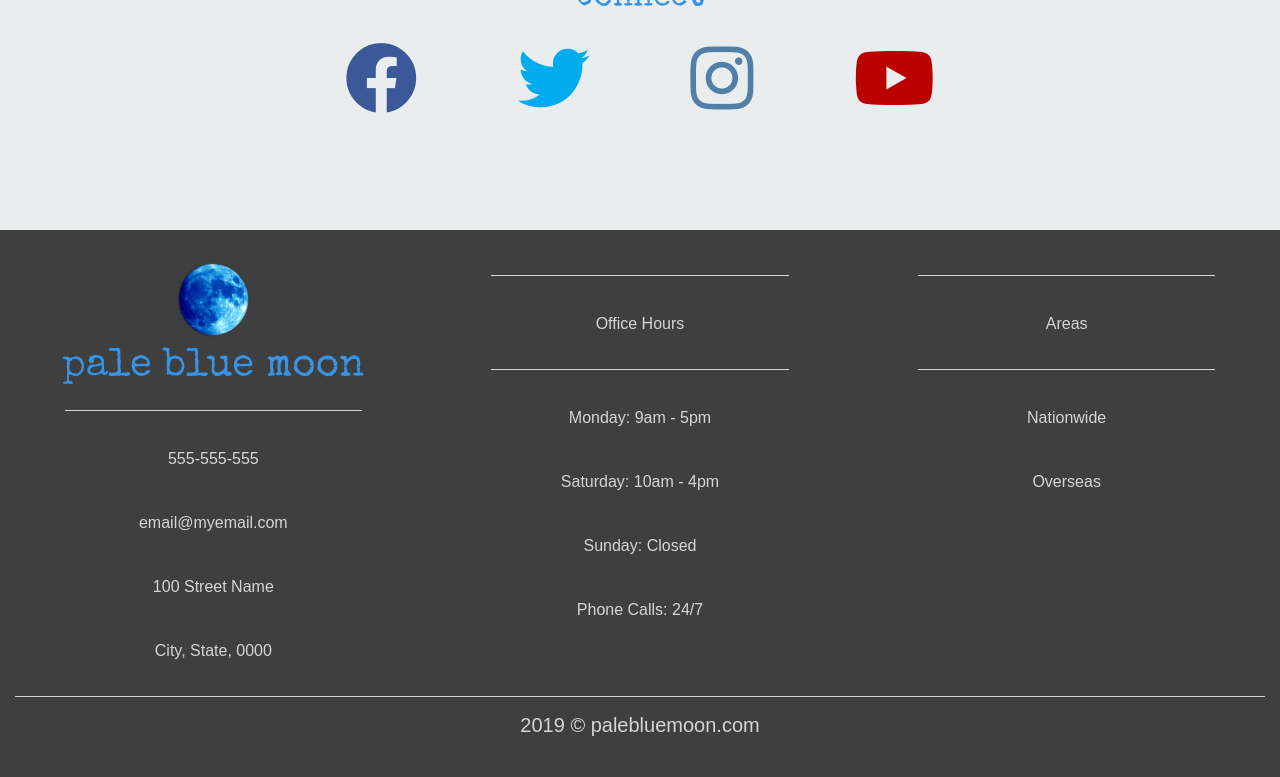
Repository: Skillabill/pale_blue_moon
Page: photos.html
The author's editor kept a record of every edit. The page is drawn from the files as they stood at one moment, then again after the next edit.
The browser window is 1280 px wide. The pictures show the part of the page from y = 1053 to 1846 px (the page is 1830 px tall before and 1846 px after).
A picture or video elsewhere on the page could not be fetched, so the positions and the page height are approximate. Some web fonts or font styles are not loaded; a fallback is used. Some web libraries are served in a nearby version.

Above is the page before.

After the next edit:
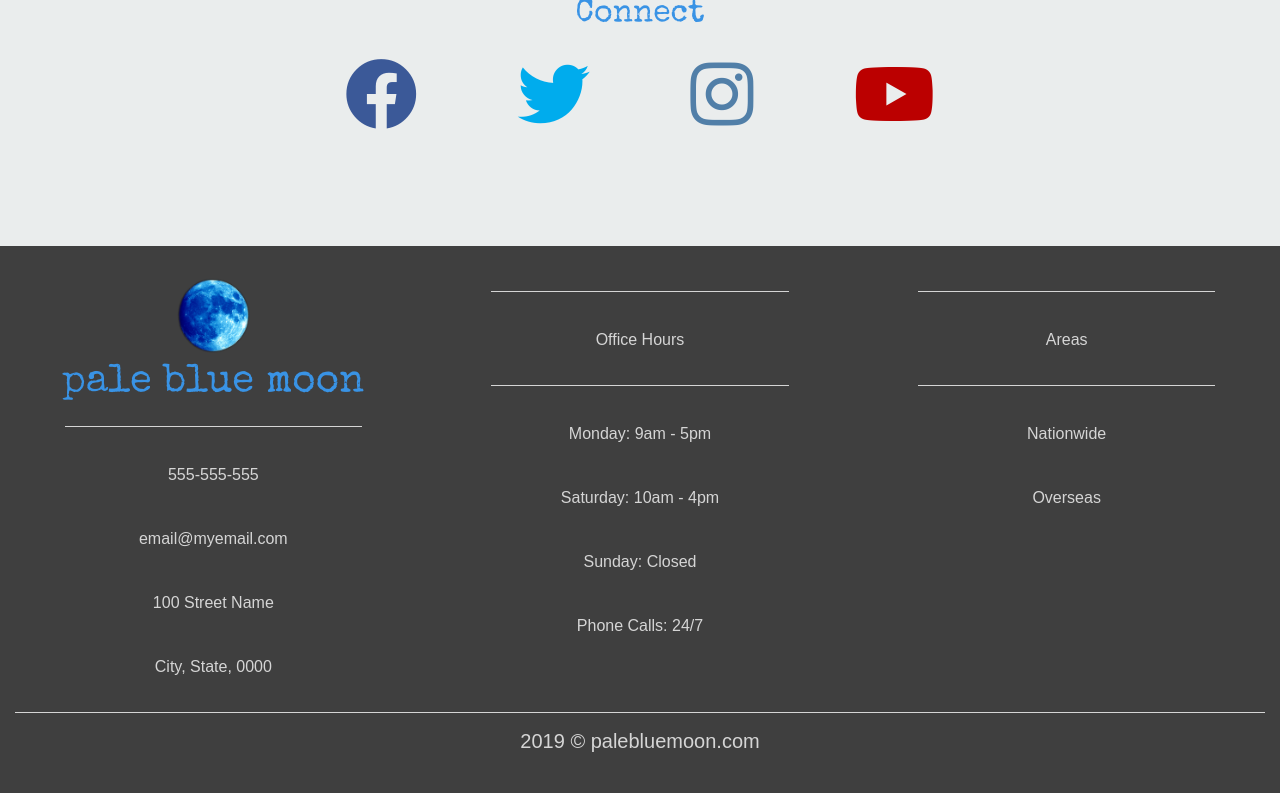
The edit:
--- a/photos.html
+++ b/photos.html
@@ -58,7 +58,38 @@
         <img class="main-pic" src="assets/images/pbm1.jpeg"></img>
     </div>
 
-
+    <div class="table">
+        <tr>
+            <td></td>
+            <td></td>
+            <td></td>
+            <td></td>
+        </tr>
+        <tr>
+            <td></td>
+            <td></td>
+            <td></td>
+            <td></td>
+        </tr>
+        <tr>
+            <td></td>
+            <td></td>
+            <td></td>
+            <td></td>
+        </tr>
+        <tr>
+            <td></td>
+            <td></td>
+            <td></td>
+            <td></td>
+        </tr>
+        <tr>
+            <td></td>
+            <td></td>
+            <td></td>
+            <td></td>
+        </tr>
+    </div>
 
 
     <!-- Connect -->
